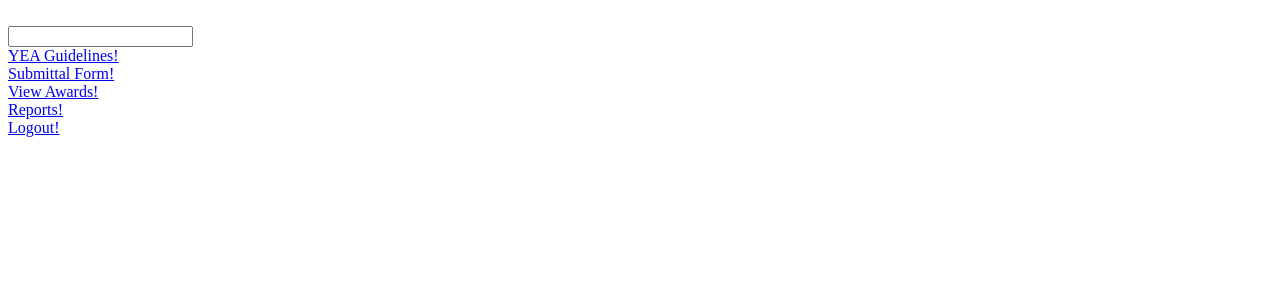
Repository: prajaktamore/Web-Based-Programming-3
Page: http://localhost/BinaryCalculator/entranceManager.jsp
An editor plug-in stored every save of this project. The page is shown before and after the next save, followed by the edit.
The browser window is 1280 px wide. The pictures show the whole page.
The page is served by Tomcat 9.

Above is the page before, as saved 2014-04-28 01:23:08.

After the next save:
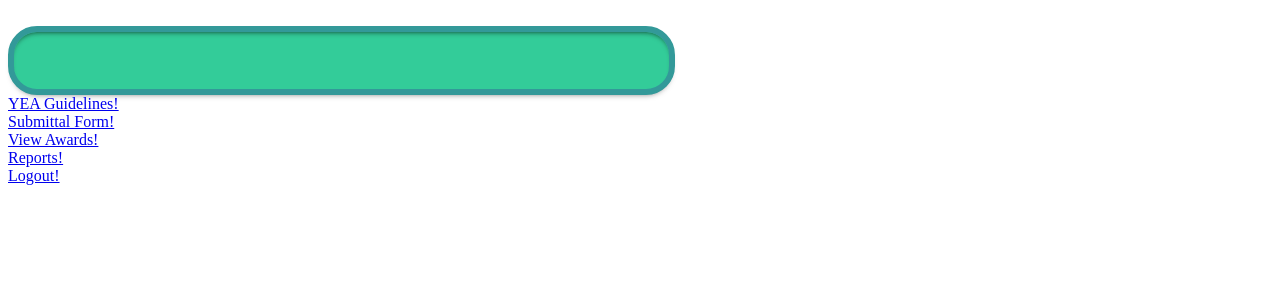
Saved 76 s later.
--- a/BinaryCalculator/WebContent/entranceManager.jsp
+++ b/BinaryCalculator/WebContent/entranceManager.jsp
@@ -7,7 +7,7 @@
 <title>Welcome Manager</title>
 </head>
 <body>
-<br><input type="text" readonly="readonly" value="${sessionScope.username}" >
+<br><input type="text" readonly="readonly" value="${sessionScope.username}" style ="background: #33CC99; height:55px; width: 600px;text-align:right;font-size:35px; border-radius: 2em; border:6px solid #339999;border-radius:29px; color: #fff; padding-left: 1.5em; outline: none; box-shadow: 0 4px 6px -5px hsl(0, 0%, 40%), inset 0px 4px 6px -5px hsl(0, 0%, 2%)" >
 <br><a href="/BinaryCalculator/yeaGuidelines.jsp">YEA Guidelines!</a>
 <br><a href="/BinaryCalculator/submittal.jsp">Submittal Form!</a>
 <br><a href="/BinaryCalculator/viewAwards.jsp">View Awards!</a>
